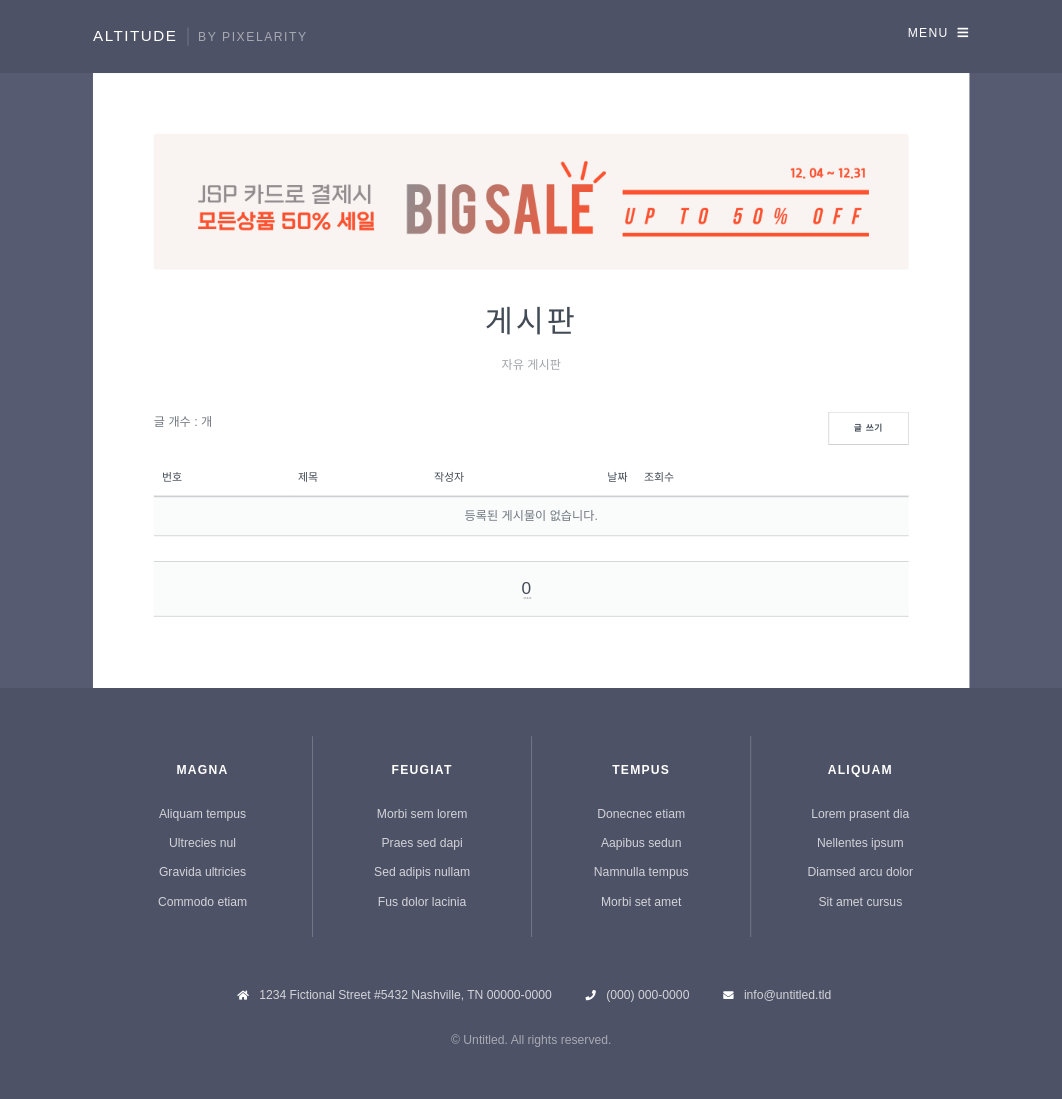
Repository: kkkukkk/Study-JSP
Page: http://localhost/boardMVC/app/board/boardList.jsp
An editor plug-in stored every save of this project. The page is shown before and after the next save, followed by the edit.
The browser window is 1280 px wide. The pictures show the whole page, at 83% of full size.
Some web fonts or font styles are not loaded; a fallback is used. The page is served by Tomcat 9. Other server files are loaded and not shown.

Above is the page before, as saved 2022-02-23 06:48:36.

### workspace/boardMVC/WebContent/app/board/boardList.jsp
<%@ page language="java" contentType="text/html; charset=UTF-8"
    pageEncoding="UTF-8"%>
<%@ taglib uri="http://java.sun.com/jsp/jstl/core" prefix="c" %>
<%@ taglib uri="http://java.sun.com/jsp/jstl/functions" prefix="fn" %>
<!DOCTYPE HTML>
<!--
	Altitude by Pixelarity
	pixelarity.com | hello@pixelarity.com
	License: pixelarity.com/license
-->
<html>
	<head>
		<title>게시글 목록</title>
		<meta charset="utf-8" />
		<meta name="viewport" content="width=device-width, initial-scale=1, user-scalable=no" />
		<link rel="stylesheet" href="${pageContext.request.contextPath}/assets/css/main.css" />
		<style>
			table tbody tr{
				background-color:rgb(245 246 246 / 48%) !important;
			}
			.web-view {
				display:inline-block;
			}

			@media(max-width:660px){
				.web-view {
					display:none;
				}
			}

		</style>
	</head>
	<body class="is-preload">

		<c:set var="boardList" value="${boardList}"/>
		<c:set var="page" value="${page}"/>
		<c:set var="startPage" value="${startPage}"/>
		<c:set var="endPage" value="${endPage}"/>
		<c:set var="realEndPage" value="${realEndPage}"/>
		<c:set var="total" value="${total}"/>

		<!-- Page Wrapper -->
			<div id="page-wrapper">

				<!-- Wrapper -->
					<div class="wrapper">
						<div class="inner">
							<jsp:include page="/app/fix/header.jsp"/>
						</div>
					</div>

				<!-- Wrapper -->
					<div class="wrapper">
						<div class="inner">

							<!-- Main -->
								<section class="main">
									<a href="#" class="image main"><img src="${pageContext.request.contextPath}/images/boardMain.png" alt="" /></a>
									<header class="major">
										<h1>게시판</h1>
										<p>자유 게시판</p>
									</header>

									<div class="table-wrapper">
										<div style="display:flex; justify-content:space-between;">
											<span>글 개수 : ${total}개</span>
											<button style="border-radius:0;">글 쓰기</button>
										</div>
										<table>
											<caption style="text-align:left; margin-bottom:3%;">

											</caption>
											<thead>
												<tr>
													<th>번호</th>
													<th>제목</th>
													<th>작성자</th>
													<th class="web-view">날짜</th>
													<th class="web-view">조회수</th>
												</tr>
											</thead>
											<tbody>
												<c:choose>
													<c:when test="${boardList != null and fn:length(boardList) > 0}">
														<c:forEach var="board" items="${boardList}">
															<tr>
																<td>${board.getBoardNumber()}</td>
																<td>
																	<a href="#">${board.getBoardTitle()}</a>
																</td>
																<td>${board.getMemberId()}</td>
																<td class="web-view">${board.getBoardDate()}</td>
																<td class="web-view">${board.getReadCount()}</td>
															</tr>
														</c:forEach>
													</c:when>
													<c:otherwise>
														<tr>
															<td colspan="5" align="center">등록된 게시물이 없습니다.</td>
														</tr>
													</c:otherwise>
												</c:choose>
											</tbody>
										</table>

										<!-- 페이징 처리 -->
										<table style="font-size:1.3rem">
											<tr align="center" valign="middle">
												<td>
													<c:if test="${startPage > 1}">
														<a href="${pageContext.request.contextPath}/board/BoardListOk.bo?page=${startPage - 1}">&lt;</a>
													</c:if>

													<c:forEach var="i" begin="${startPage}" end="${endPage}">
														<c:choose>
															<c:when test="${i eq page}">
																<c:out value="${i}"/>&nbsp;&nbsp;
															</c:when>
															<c:otherwise>
																<a href="${pageContext.request.contextPath}/board/BoardListOk.bo?page=${i}"><c:out value="${i}"/></a>&nbsp;&nbsp;
															</c:otherwise>
														</c:choose>
													</c:forEach>

													<c:if test="${endPage < realEndPage}">
														<a href="${pageContext.request.contextPath}/board/BoardListOk.bo?page=${endPage + 1}">&gt;</a>
													</c:if>
												</td>
											</tr>
										</table>
									</div>
								</section>
						</div>
					</div>

				<!-- Wrapper -->
					<div class="wrapper">
						<div class="inner">

							<!-- Footer -->
								<footer id="footer">
									<section class="links">
										<div>
											<h3>Magna</h3>
											<ul class="plain">
												<li><a href="#">Aliquam tempus</a></li>
												<li><a href="#">Ultrecies nul</a></li>
												<li><a href="#">Gravida ultricies</a></li>
												<li><a href="#">Commodo etiam</a></li>
											</ul>
										</div>
										<div>
											<h3>Feugiat</h3>
											<ul class="plain">
												<li><a href="#">Morbi sem lorem</a></li>
												<li><a href="#">Praes sed dapi</a></li>
												<li><a href="#">Sed adipis nullam</a></li>
												<li><a href="#">Fus dolor lacinia</a></li>
											</ul>
										</div>
										<div>
											<h3>Tempus</h3>
											<ul class="plain">
												<li><a href="#">Donecnec etiam</a></li>
												<li><a href="#">Aapibus sedun</a></li>
												<li><a href="#">Namnulla tempus</a></li>
												<li><a href="#">Morbi set amet</a></li>
											</ul>
										</div>
										<div>
											<h3>Aliquam</h3>
											<ul class="plain">
												<li><a href="#">Lorem prasent dia</a></li>
												<li><a href="#">Nellentes ipsum</a></li>
												<li><a href="#">Diamsed arcu dolor</a></li>
												<li><a href="#">Sit amet cursus</a></li>
											</ul>
										</div>
									</section>
									<ul class="contact-icons">
										<li class="icon solid fa-home">1234 Fictional Street #5432 Nashville, TN 00000-0000</li>
										<li class="icon solid fa-phone"><a href="#">(000) 000-0000</a></li>
										<li class="icon solid fa-envelope"><a href="#">info@untitled.tld</a></li>
									</ul>
									<p class="copyright">&copy; Untitled. All rights reserved.</p>
								</footer>

						</div>
					</div>

			</div>

		<!-- Scripts -->
			<script src="${pageContext.request.contextPath}/assets/js/jquery.min.js"></script>
			<script src="${pageContext.request.contextPath}/assets/js/browser.min.js"></script>
			<script src="${pageContext.request.contextPath}/assets/js/breakpoints.min.js"></script>
			<script src="${pageContext.request.contextPath}/assets/js/util.js"></script>
			<script src="${pageContext.request.contextPath}/assets/js/main.js"></script>

	</body>
</html>

### workspace/boardMVC/WebContent/app/fix/header.jsp
<%@ page language="java" contentType="text/html; charset=UTF-8"
    pageEncoding="UTF-8"%>
<%@ taglib uri="http://java.sun.com/jsp/jstl/core" prefix="c" %>
<header id="header">
	<a href="index.html" class="logo">Altitude <span>by Pixelarity</span></a>
	<nav>
		<ul>
			<li><a href="#menu">Menu</a></li>
		</ul>
	</nav>
</header>

<!-- Nav -->
<nav id="menu">
	<ul class="actions stacked">
		<c:choose>
			<c:when test="${memberNumber eq null}">
				<li><a href="${pageContext.request.contextPath }/member/MemberJoin.me" class="button primary fit">회원가입</a></li>
				<li><a href="${pageContext.request.contextPath }/member/MemberLogin.me" class="button fit">로그인</a></li>
			</c:when>
			<c:otherwise>
				<li><a href="${pageContext.request.contextPath }/member/MemberLogout.me" class="button fit">로그아웃</a></li>
			</c:otherwise>
		</c:choose>
	</ul>
</nav>

Loaded but not shown: workspace/boardMVC/WebContent/assets/js/jquery.min.js (library); workspace/boardMVC/WebContent/assets/js/browser.min.js (common file); workspace/boardMVC/WebContent/assets/js/breakpoints.min.js (common file); workspace/boardMVC/WebContent/assets/css/fontawesome-all.min.css (library); workspace/boardMVC/WebContent/assets/js/util.js (587 lines, source omitted); workspace/boardMVC/WebContent/assets/js/main.js (337 lines, source omitted); workspace/boardMVC/WebContent/assets/css/main.css (5511 lines, source omitted)

After the next save:
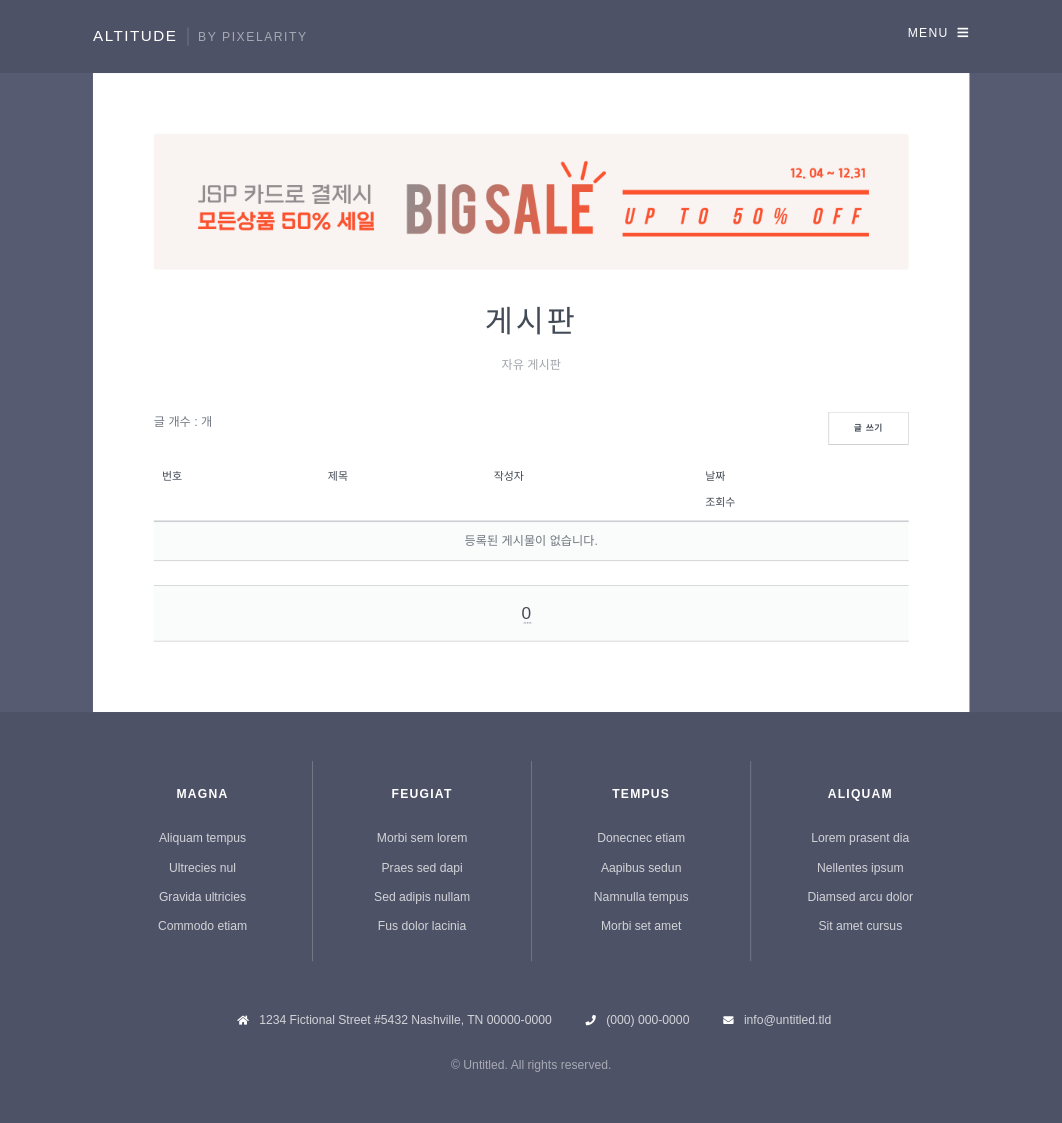
Saved 11 s later.
--- a/workspace/boardMVC/WebContent/app/board/boardList.jsp
+++ b/workspace/boardMVC/WebContent/app/board/boardList.jsp
@@ -19,7 +19,7 @@
 				background-color:rgb(245 246 246 / 48%) !important;
 			}
 			.web-view {
-				display:inline-block;
+				display:block;
 			}
 
 			@media(max-width:660px){
